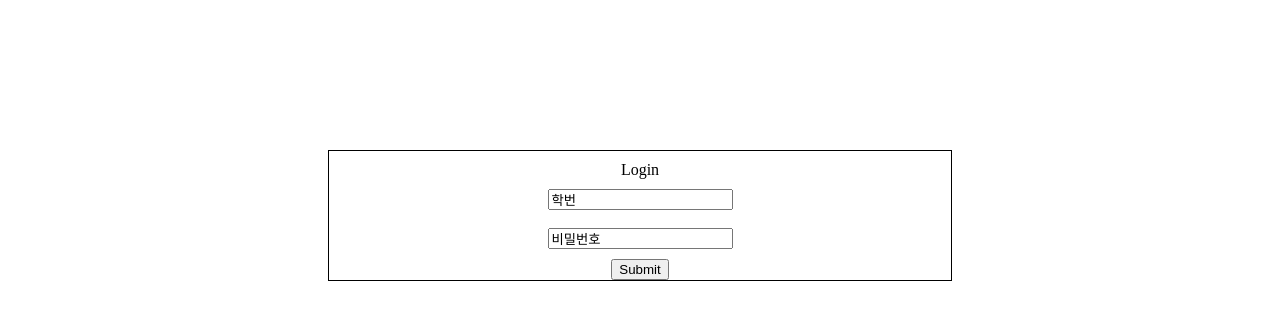
Repository: smandkd/Multicampus_Frontend
Page: http://localhost/Mulcam_Project/jsp/login.jsp
The author's editor kept a copy of each file at every save. The page is drawn from the files as they stood at one save, then again after the next save.
The browser window is 1280 px wide. The pictures show the whole page.
The page is served by Tomcat 9.

Above is the page before, as saved 2022-02-03 00:18:58.

### Mulcam_Project/jsp/login.jsp
<%@ page contentType="text/html; charset=utf-8"
    pageEncoding="EUC-KR"%>
<!DOCTYPE html>
<html>
<head>
<meta name="viewport" content="width=device-width, initial-scale=1.0">
<style type="text/css">
.a {
	text-align:center;
	margin-right:320px;
	margin-left:320px;
	margin-top:150px;
	padding-top:10px;
	border:1px solid;
}
.b {
	margin-top:10px;
}
.c {
	margin-bottom:10px;
}
</style>
</head>
<body>

<div class="a">
	Login
	<div>
		<div class="b">
		<input type="text" name="" value="학번"/>
		</div>
		<br/>
		<div class="c">
		<input type="text" name="" value="비밀번호"/>
		</div>
	</div>
	<div>
		<a href="test_login.jsp"></a>
		<input type="submit"/>
	</div>
</div>
</body>
</html>

After the next save:
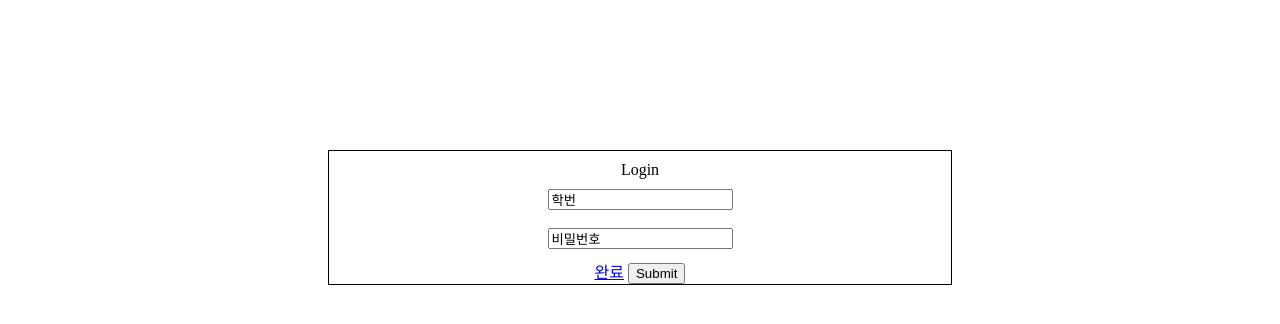
Saved 10 s later.
--- a/Mulcam_Project/jsp/login.jsp
+++ b/Mulcam_Project/jsp/login.jsp
@@ -35,7 +35,7 @@
 		</div>
 	</div>
 	<div>
-		<a href="test_login.jsp"></a>
+		<a href="test_login.jsp">완료</a>
 		<input type="submit"/>
 	</div>
 </div>
